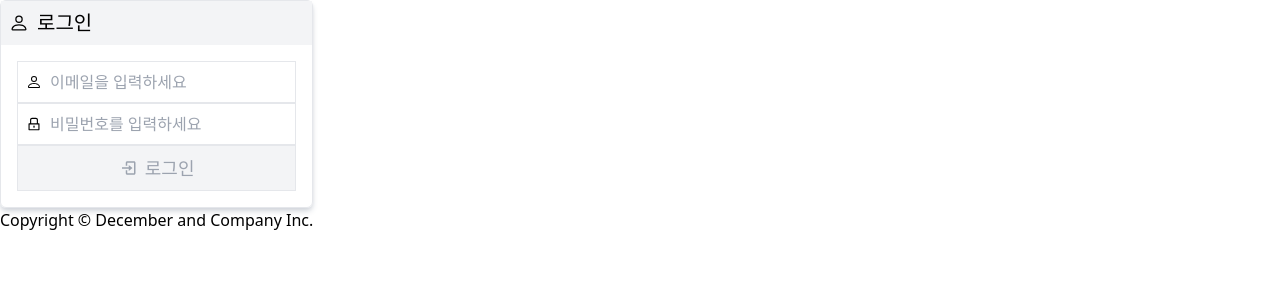
Repository: wanted-pre-onboarding-4/pre-onboarding-assignment-week-4-1-team-4
Page: /login (app in client/)
An editor plug-in stored every save of this project. The page is shown before and after the next save, followed by the edit.
The browser window is 1280 px wide. The pictures show the whole page.
The project was rebuilt for these pictures with package versions that can differ from the ones it lists, and the page was loaded fresh each time. Also part of the build but not shown: client/src/components/Footer.jsx, client/src/components/Header.jsx, client/src/components/Sider.jsx, client/src/components/Layout.jsx.

Above is the page before, as saved 2022-09-20 21:19:04.

After the next save:
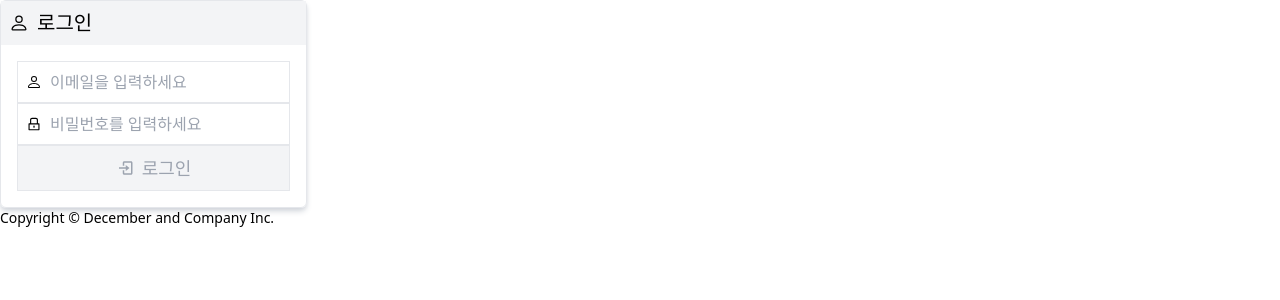
Saved 11 s later.
--- a/client/src/pages/login/Login.jsx
+++ b/client/src/pages/login/Login.jsx
@@ -29,7 +29,7 @@ const Login = () => {
           </button>
         </form>
       </div>
-        <p>Copyright © December and Company Inc.</p>
+        <p className='text-sm'>Copyright © December and Company Inc.</p>
     </div>
   );
 };
